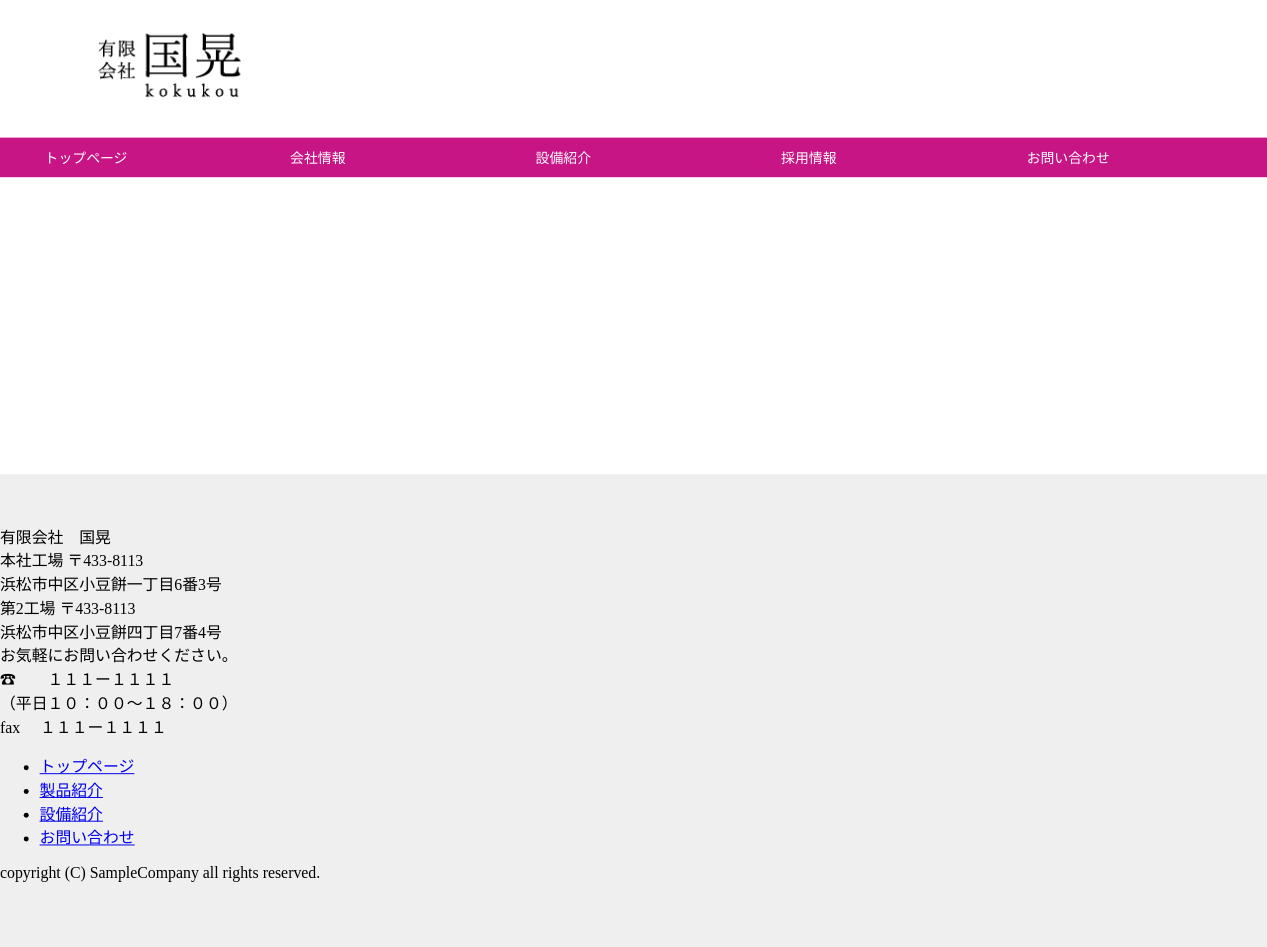
Repository: shuntanambu3/kokukou
Page: top.html
The author's editor kept a record of every edit. The page is drawn from the files as they stood at one moment, then again after the next edit.
The browser window is 1280 px wide. The pictures show the whole page, at 99% of full size.
Some web libraries are served in a nearby version.

Above is the page before.

After the next edit:
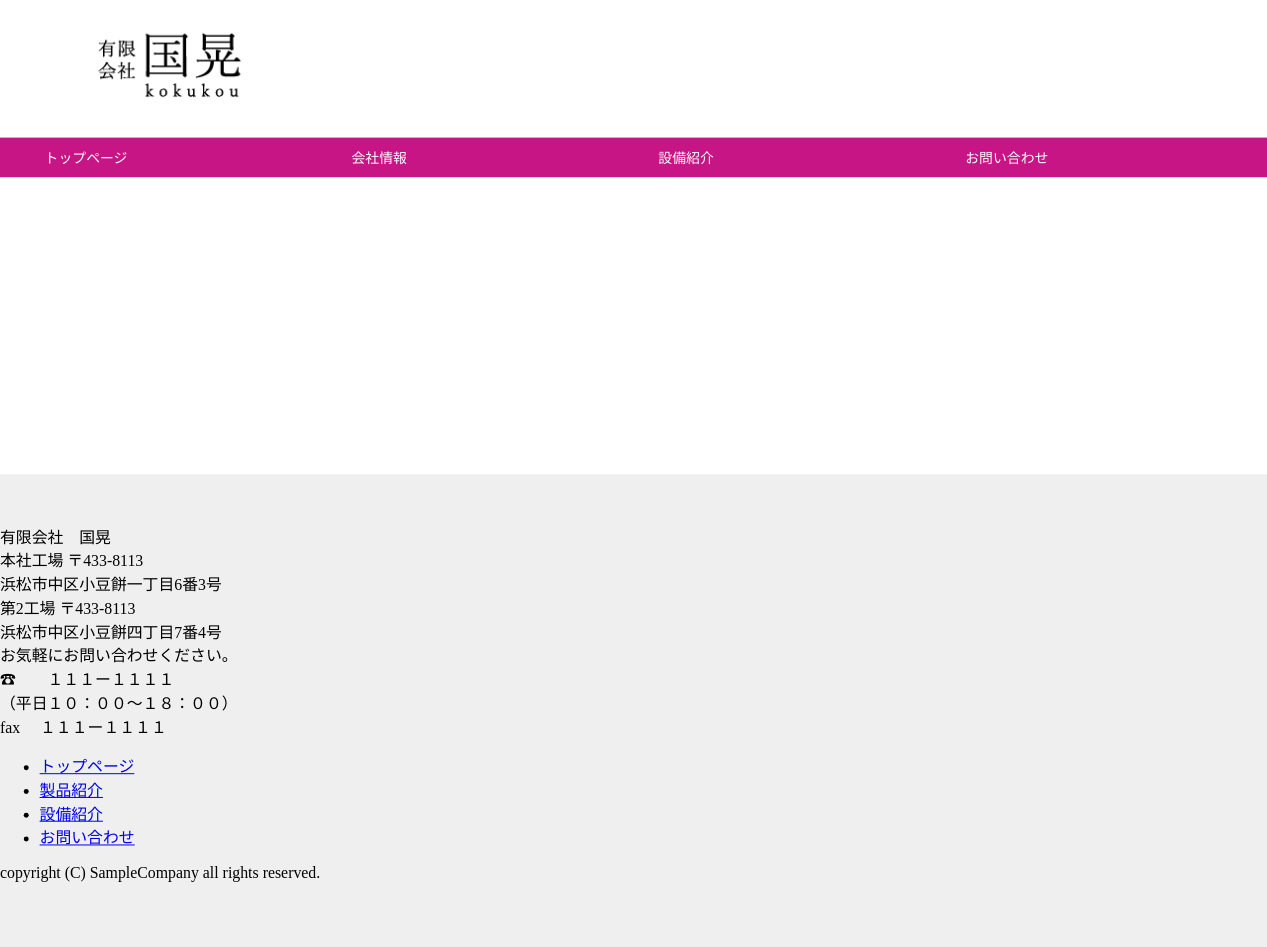
The edit:
--- a/top.html
+++ b/top.html
@@ -35,11 +35,10 @@
             <a href="top.html"><img src="images/header/kokukou_logo.png" alt="logo"></a>
             <div id="menu">
                 <ul>
-                    <li><a href="top.html">トップページ</a></li>
-                    <li><a href="introduce.html">会社情報</a></li>
-                    <li><a href="equipment.html">設備紹介</a></li>
-                    <li><a href="#">採用情報</a></li>
-                    <li><a href="#">お問い合わせ</a></li>
+                    <li><a href="top.html" class="btn-sticky">トップページ</a></li>
+                    <li><a href="introduce.html" class="btn-sticky">会社情報</a></li>
+                    <li><a href="equipment.html" class="btn-sticky">設備紹介</a></li>
+                    <li><a href="#" class="btn-sticky">お問い合わせ</a></li>
                 </ul>
             </div>
         </header>
